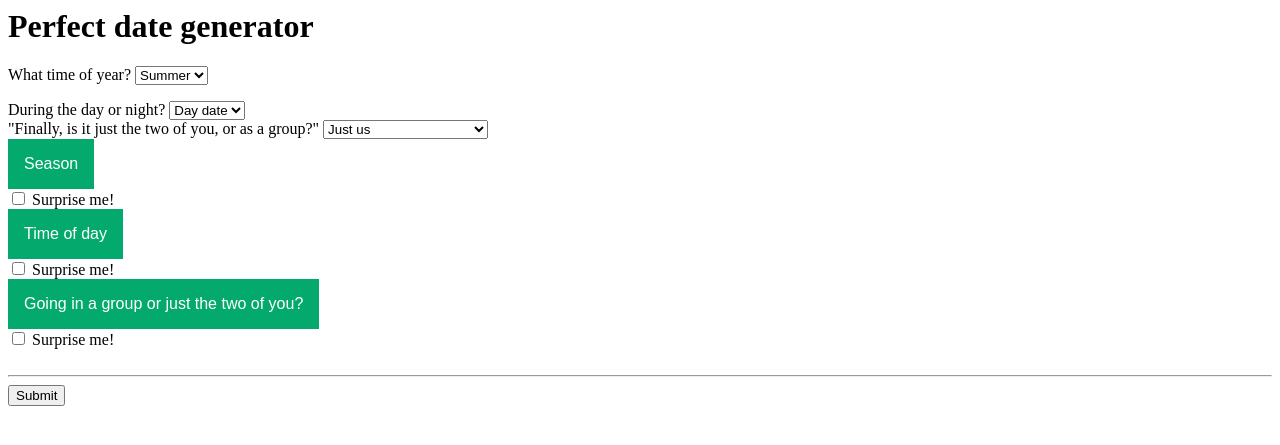
Repository: nazaninrizvi/codecademy
Page: Javascript/Mixed-messages/index.html
These files come from the project's save history. The page is drawn as it stood at one moment and after a run of saves; the edit follows.
The browser window is 1280 px wide. The pictures show the whole page.

Above is the page before, as saved 2021-11-21 20:54:11.

### Javascript/Mixed-messages/index.html
<!<!DOCTYPE html>
<html>
<head>
  <title>Perfect date generator</title>
  <link rel="stylesheet" href="./stylesheet.css" type="text/css" />
  <meta name="viewport" content="width=device-width, initial-scale=1">
  <script type="text/javascript" src="./index.js"></script>
</head>
<body>
  <h1>Perfect date generator</h1>
  <div>
    <form action="results.html" method="GET">
      <label for="seasons">What time of year?</label>
      <select name="seasons">
        <option value="summer">Summer</option>
        <option value="autumn">Autumn</option>
        <option value="winter">Winter</option>
        <option value="spring">Spring</option>
      </select>
  </div>

  <div>
    <label for="time">During the day or night?</label>
    <select name="time">
      <option value="day">Day date</option>
      <option value="night">Night</option>
    </select>
  </div>

  <div>
    <label for="group">"Finally, is it just the two of you, or as a group?"</label>
    <select name="group">
      <option value="no">Just us</option>
      <option value="yes">We're going with others!</option>
    </select>
  </div>


  <div class="seasonDropdown">
    <button onclick="myFunction()" class="dropbtn">Season</button>
    <div id="seasDropdown" class="dropdown-content">
      <a href="#summer">Summer</a>
      <a href="#autumn">Autumn</a>
      <a href="#winter">Winter</a>
      <a href="#spring">Spring</a>
    </div>
  </div>
  <input type="checkbox" id="vehicle1" name="vehicle1" value="Bike">
<label for="vehicle1"> Surprise me!</label><br>
  <div class="timeOfDayDropdown">
    <button onclick="myFunction()" class="dropbtn">Time of day</button>
    <div id="timeDropdown" class="dropdown-content">
      <a href="#daytime">Daytime</a>
      <a href="#night">Night time</a>
    </div>
  </div>
  <input type="checkbox" id="vehicle2" name="vehicle2" value="Car">
  <label for="vehicle2"> Surprise me!</label><br>
  <div class="groupSizeDropdown">
    <button onclick="myFunction()" class="dropbtn">Going in a group or just the two of you?</button>
    <div id="sizeDropdown" class="dropdown-content">
      <a href="#justUs">Just us</a>
      <a href="#group">Group date</a>
    </div>
  </div>
  <input type="checkbox" id="vehicle3" name="vehicle3" value="Boat">
<label for="vehicle3"> Surprise me!</label><br><br>

<hr>
 <input type="submit" value="Submit">
  </form>
</body>
<footer>
</footer>
</html>

### Javascript/Mixed-messages/stylesheet.css
.body{
  background-image: url("mixedMessages-background.png");
}

.dropbtn {
  background-color: #04AA6D;
  color: white;
  padding: 16px;
  font-size: 16px;
  border: none;
  cursor: pointer;
}

.dropbtn:hover, .dropbtn:focus {
  background-color: #3e8e41;
}

#myInput {
  box-sizing: border-box;
  background-image: url('searchicon.png');
  background-position: 14px 12px;
  background-repeat: no-repeat;
  font-size: 16px;
  padding: 14px 20px 12px 45px;
  border: none;
  border-bottom: 1px solid rgb(163, 57, 57);
}

#myInput:focus {outline: 3px solid #ddd;}

.dropdown {
  position: relative;
  display: inline-block;
}

.dropdown-content {
  display: none;
  position: absolute;
  background-color: #f6f6f6;
  min-width: 230px;
  overflow: auto;
  border: 1px solid #ddd;
  z-index: 1;
}

.dropdown-content a {
  color: black;
  padding: 12px 16px;
  text-decoration: none;
  display: block;
}

.dropdown a:hover {background-color: #ddd;}

.show {display: block;}

### Javascript/Mixed-messages/index.js
function myFunction() {
  document.getElementById("seasDropdown").classList.toggle("show");
}

function filterFunction() {
  var input, filter, ul, li, a, i;
  input = document.getElementById("myInput");
  filter = input.value.toUpperCase();
  div = document.getElementById("seasDropdown");
  a = div.getElementsByTagName("a");
  for (i = 0; i < a.length; i++) {
    txtValue = a[i].textContent || a[i].innerText;
    if (txtValue.toUpperCase().indexOf(filter) > -1) {
      a[i].style.display = "";
    } else {
      a[i].style.display = "none";
    }
  }
}

function myFunction() {
  document.getElementById("timeDropdown").classList.toggle("show");
}

function filterFunction() {
  var input, filter, ul, li, a, i;
  input = document.getElementById("myInput");
  filter = input.value.toUpperCase();
  div = document.getElementById("timeDropdown");
  a = div.getElementsByTagName("a");
  for (i = 0; i < a.length; i++) {
    txtValue = a[i].textContent || a[i].innerText;
    if (txtValue.toUpperCase().indexOf(filter) > -1) {
      a[i].style.display = "";
    } else {
      a[i].style.display = "none";
    }
  }
}

function myFunction() {
  document.getElementById("sizeDropdown").classList.toggle("show");
}

function filterFunction() {
  var input, filter, ul, li, a, i;
  input = document.getElementById("myInput");
  filter = input.value.toUpperCase();
  div = document.getElementById("sizeDropdown");
  a = div.getElementsByTagName("a");
  for (i = 0; i < a.length; i++) {
    txtValue = a[i].textContent || a[i].innerText;
    if (txtValue.toUpperCase().indexOf(filter) > -1) {
      a[i].style.display = "";
    } else {
      a[i].style.display = "none";
    }
  }
}

After the next 3 saves:
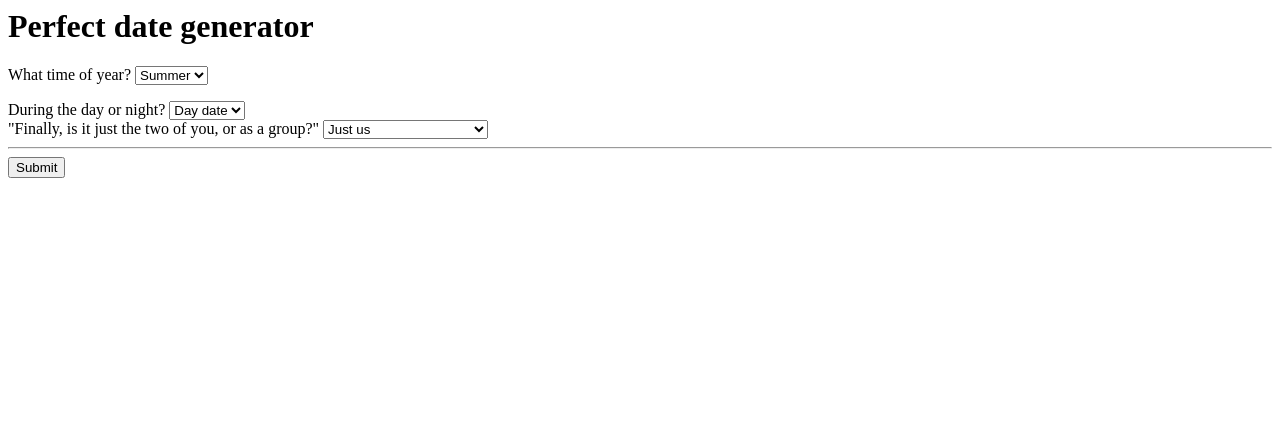
The 3 saves are shown as one change because they came seconds apart.
The last was saved 6 min 15 s later.
--- a/Javascript/Mixed-messages/index.html
+++ b/Javascript/Mixed-messages/index.html
@@ -35,37 +35,6 @@
     </select>
   </div>
 
-
-  <div class="seasonDropdown">
-    <button onclick="myFunction()" class="dropbtn">Season</button>
-    <div id="seasDropdown" class="dropdown-content">
-      <a href="#summer">Summer</a>
-      <a href="#autumn">Autumn</a>
-      <a href="#winter">Winter</a>
-      <a href="#spring">Spring</a>
-    </div>
-  </div>
-  <input type="checkbox" id="vehicle1" name="vehicle1" value="Bike">
-<label for="vehicle1"> Surprise me!</label><br>
-  <div class="timeOfDayDropdown">
-    <button onclick="myFunction()" class="dropbtn">Time of day</button>
-    <div id="timeDropdown" class="dropdown-content">
-      <a href="#daytime">Daytime</a>
-      <a href="#night">Night time</a>
-    </div>
-  </div>
-  <input type="checkbox" id="vehicle2" name="vehicle2" value="Car">
-  <label for="vehicle2"> Surprise me!</label><br>
-  <div class="groupSizeDropdown">
-    <button onclick="myFunction()" class="dropbtn">Going in a group or just the two of you?</button>
-    <div id="sizeDropdown" class="dropdown-content">
-      <a href="#justUs">Just us</a>
-      <a href="#group">Group date</a>
-    </div>
-  </div>
-  <input type="checkbox" id="vehicle3" name="vehicle3" value="Boat">
-<label for="vehicle3"> Surprise me!</label><br><br>
-
 <hr>
  <input type="submit" value="Submit">
   </form>
